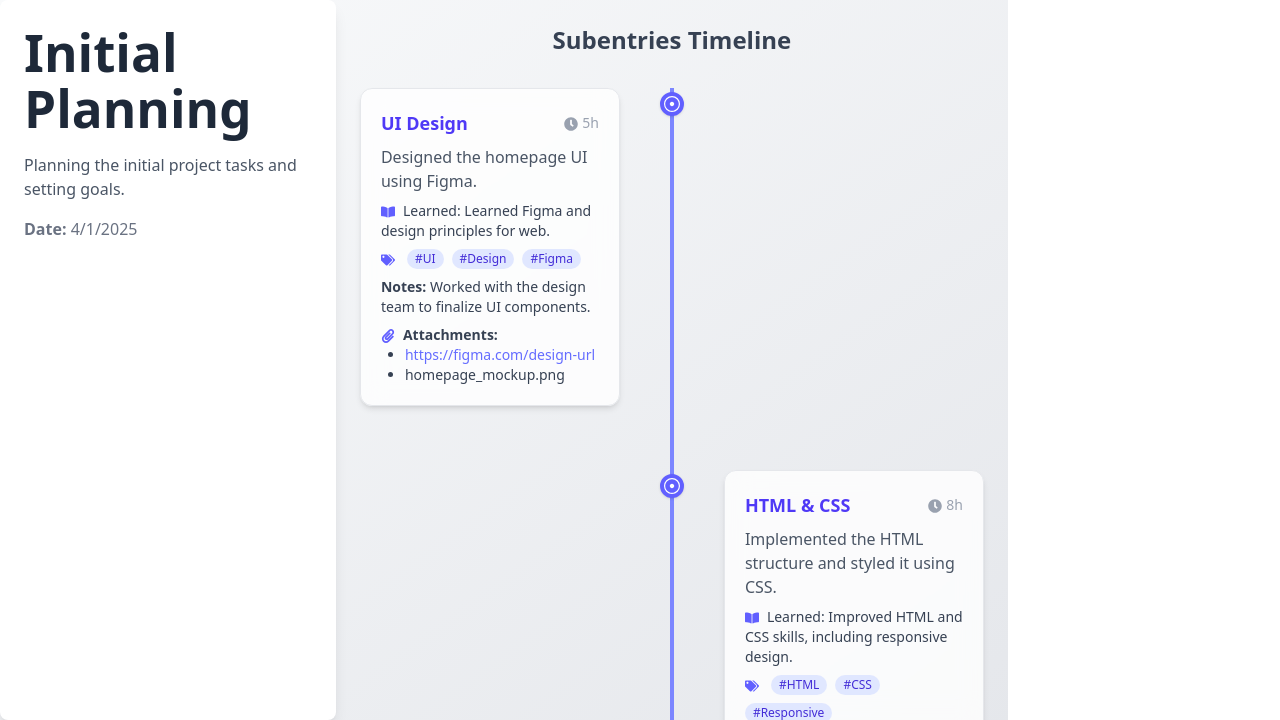
Repository: mohitagrawal0412/Workify
Page: /entryDetails (app in client/)
The author's editor kept a copy of each file at every save. The page is drawn from the files as they stood at one save, then again after the next save.
The browser window is 1280 px wide. The pictures show the whole page.
An inner scrolling area shows only its first screen. The project was rebuilt for these pictures with package versions that can differ from the ones it lists, and the page was loaded fresh each time. Also part of the build but not shown: client/vite.config.js, client/src/Components/Dashboard/Dashboard.jsx, client/src/Components/Dashboard/AllProjects.jsx, client/src/Components/Dashboard/ProjectDetails.jsx, client/src/Components/Dashboard/SubEntryDetails.jsx.

Above is the page before, as saved 2025-04-15 10:42:27.

### client/src/App.jsx
import './App.css';
import { BrowserRouter as Router, Routes, Route } from 'react-router-dom';
import Dashboard from './Components/Dashboard/Dashboard';
import AllProjects from './Components/Dashboard/AllProjects'; // adjust path as needed
import ProjectDetails from './Components/Dashboard/ProjectDetails'; // Add this import for the project details page
import EntryDetails from './Components/Dashboard/EntryDetails'; // Add this import for the entry details page
import SubEntryDetails from './Components/Dashboard/SubEntryDetails';

function App() {
  return (
    <Router>
      <Routes>
        {/* Route for Dashboard */}
        <Route path="/" element={<Dashboard />} />

        {/* Route for All Projects */}
        <Route path="/projects" element={<AllProjects />} />

        {/* Route for Project Details, assuming we are passing projectId */}
        <Route path="/projectDetails" element={<ProjectDetails />} />

        {/* Route for Entry Details, assuming we are passing entryId */}
        <Route path="/entryDetails" element={<EntryDetails />} />

        {/* Route for Entry Details, assuming we are passing entryId */}
        <Route path="/SubEntryDetails" element={<SubEntryDetails />} />
      </Routes>
    </Router>
  );
}

export default App;

### client/src/Components/Dashboard/EntryDetails.jsx
import React from "react";
import { useNavigate } from "react-router-dom";
import {
    FaDotCircle,
    FaClock,
    FaPaperclip,
    FaTags,
    FaBookOpen
} from "react-icons/fa";

const EntryDetails = () => {
    const navigate = useNavigate();

    const handleEntryClick = (subentry) => {
        navigate("/subEntryDetails", { state: { subentry } });
    };

    const entry = {
        title: "Initial Planning",
        description: "Planning the initial project tasks and setting goals.",
        date: "2025-04-01",
        subentries: [
            {
                workTitle: "UI Design",
                description: "Designed the homepage UI using Figma.",
                whatLearned: "Learned Figma and design principles for web.",
                tags: ["UI", "Design", "Figma"],
                notes: "Worked with the design team to finalize UI components.",
                attachments: ["https://figma.com/design-url", "homepage_mockup.png"],
                spentTime: 5,
            },
            {
                workTitle: "HTML & CSS",
                description: "Implemented the HTML structure and styled it using CSS.",
                whatLearned:
                    "Improved HTML and CSS skills, including responsive design.",
                tags: ["HTML", "CSS", "Responsive"],
                notes: "Ensured compatibility across different browsers.",
                attachments: ["html_code_snippet.txt", "css_code_snippet.css"],
                spentTime: 8,
            },
        ],
    };

    return (
        <div className="h-screen flex overflow-hidden bg-gradient-to-br from-gray-50 to-gray-200">
            {/* Left Panel */}
            <div className="w-1/3 p-6 bg-white shadow-lg rounded-lg sticky top-0 h-screen overflow-y-auto">
                <h1 className="text-3xl font-bold text-gray-800 mb-4">{entry.title}</h1>
                <p className="text-gray-600 mb-4">{entry.description}</p>
                <p className="text-gray-500">
                    <strong>Date:</strong> {new Date(entry.date).toLocaleDateString()}
                </p>
            </div>

            {/* Right Panel */}
            <div className="w-2/3 p-6 overflow-y-auto h-screen">
                <h2 className="text-2xl font-semibold text-gray-700 mb-8 text-center">
                    Subentries Timeline
                </h2>

                <div className="relative">
                    {/* Vertical line */}
                    <div className="absolute left-1/2 transform -translate-x-1/2 h-full border-l-4 border-indigo-400"></div>

                    <div className="space-y-16">
                        {entry.subentries.map((sub, index) => {
                            const isLeft = index % 2 === 0;
                            return (
                                <div
                                    key={index}
                                    className={`relative flex ${isLeft ? "justify-start" : "justify-end"} w-full`}
                                    onClick={() => handleEntryClick(sub)}
                                >
                                    {/* Timeline Dot */}
                                    <div className="absolute top-1 left-1/2 transform -translate-x-1/2 z-10">
                                        <div className="w-6 h-6 bg-white border-4 border-indigo-500 rounded-full flex items-center justify-center shadow">
                                            <FaDotCircle className="text-indigo-500 text-sm" />
                                        </div>
                                    </div>

                                    {/* Card */}
                                    <div
                                        className={`w-5/12 p-5 bg-white/80 backdrop-blur-md border border-gray-200 rounded-xl shadow-md hover:shadow-xl transition-all duration-300 cursor-pointer ${isLeft ? "mr-auto" : "ml-auto"
                                            }`}
                                    >
                                        <div className="flex justify-between items-center mb-2">
                                            <h3 className="text-lg font-semibold text-indigo-600">
                                                {sub.workTitle}
                                            </h3>
                                            <span className="text-sm text-gray-400">
                                                <FaClock className="inline mr-1" />
                                                {sub.spentTime}h
                                            </span>
                                        </div>

                                        <p className="text-gray-600 mb-2">{sub.description}</p>

                                        {sub.whatLearned && (
                                            <div className="text-sm text-gray-700 mb-2">
                                                <FaBookOpen className="inline mr-2 text-indigo-500" />
                                                <span className="font-medium">Learned:</span>{" "}
                                                {sub.whatLearned}
                                            </div>
                                        )}

                                        {sub.tags?.length > 0 && (
                                            <div className="text-sm text-gray-700 mb-2 flex flex-wrap gap-2">
                                                <FaTags className="text-indigo-500 mt-1 mr-1" />
                                                {sub.tags.map((tag, i) => (
                                                    <span
                                                        key={i}
                                                        className="bg-indigo-100 text-indigo-700 px-2 py-0.5 rounded-full text-xs"
                                                    >
                                                        #{tag}
                                                    </span>
                                                ))}
                                            </div>
                                        )}

                                        {sub.notes && (
                                            <div className="text-sm text-gray-700 mb-2">
                                                <strong>Notes:</strong> {sub.notes}
                                            </div>
                                        )}

                                        {sub.attachments?.length > 0 && (
                                            <div className="text-sm text-gray-700">
                                                <FaPaperclip className="inline mr-2 text-indigo-500" />
                                                <strong>Attachments:</strong>
                                                <ul className="ml-6 list-disc">
                                                    {sub.attachments.map((att, i) => (
                                                        <li key={i}>
                                                            {att.startsWith("http") ? (
                                                                <a
                                                                    href={att}
                                                                    target="_blank"
                                                                    rel="noopener noreferrer"
                                                                    className="text-blue-600 underline"
                                                                >
                                                                    {att}
                                                                </a>
                                                            ) : (
                                                                <span>{att}</span>
                                                            )}
                                                        </li>
                                                    ))}
                                                </ul>
                                            </div>
                                        )}
                                    </div>
                                </div>
                            );
                        })}
                    </div>
                </div>
            </div>
        </div>
    );
};

export default EntryDetails;

Loaded but not shown: client/index.html (common file); client/src/main.jsx (common file); client/src/index.css (common file); client/src/App.css (common file)

After the next save:
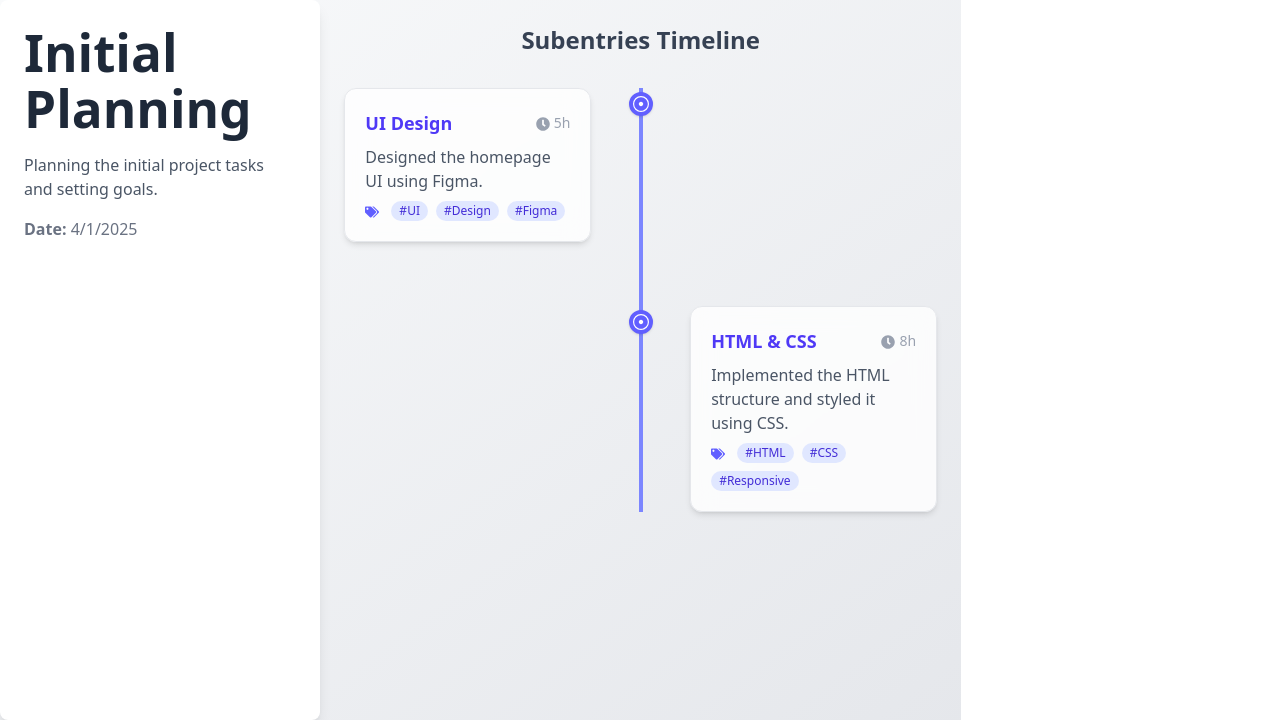
Saved 116 s later.
--- a/client/src/Components/Dashboard/EntryDetails.jsx
+++ b/client/src/Components/Dashboard/EntryDetails.jsx
@@ -3,9 +3,7 @@ import { useNavigate } from "react-router-dom";
 import {
     FaDotCircle,
     FaClock,
-    FaPaperclip,
-    FaTags,
-    FaBookOpen
+    FaTags
 } from "react-icons/fa";
 
 const EntryDetails = () => {
@@ -32,8 +30,7 @@ const EntryDetails = () => {
             {
                 workTitle: "HTML & CSS",
                 description: "Implemented the HTML structure and styled it using CSS.",
-                whatLearned:
-                    "Improved HTML and CSS skills, including responsive design.",
+                whatLearned: "Improved HTML and CSS skills, including responsive design.",
                 tags: ["HTML", "CSS", "Responsive"],
                 notes: "Ensured compatibility across different browsers.",
                 attachments: ["html_code_snippet.txt", "css_code_snippet.css"],
@@ -96,16 +93,8 @@ const EntryDetails = () => {
 
                                         <p className="text-gray-600 mb-2">{sub.description}</p>
 
-                                        {sub.whatLearned && (
-                                            <div className="text-sm text-gray-700 mb-2">
-                                                <FaBookOpen className="inline mr-2 text-indigo-500" />
-                                                <span className="font-medium">Learned:</span>{" "}
-                                                {sub.whatLearned}
-                                            </div>
-                                        )}
-
                                         {sub.tags?.length > 0 && (
-                                            <div className="text-sm text-gray-700 mb-2 flex flex-wrap gap-2">
+                                            <div className="text-sm text-gray-700 flex flex-wrap gap-2">
                                                 <FaTags className="text-indigo-500 mt-1 mr-1" />
                                                 {sub.tags.map((tag, i) => (
                                                     <span
@@ -115,37 +104,6 @@ const EntryDetails = () => {
                                                         #{tag}
                                                     </span>
                                                 ))}
-                                            </div>
-                                        )}
-
-                                        {sub.notes && (
-                                            <div className="text-sm text-gray-700 mb-2">
-                                                <strong>Notes:</strong> {sub.notes}
-                                            </div>
-                                        )}
-
-                                        {sub.attachments?.length > 0 && (
-                                            <div className="text-sm text-gray-700">
-                                                <FaPaperclip className="inline mr-2 text-indigo-500" />
-                                                <strong>Attachments:</strong>
-                                                <ul className="ml-6 list-disc">
-                                                    {sub.attachments.map((att, i) => (
-                                                        <li key={i}>
-                                                            {att.startsWith("http") ? (
-                                                                <a
-                                                                    href={att}
-                                                                    target="_blank"
-                                                                    rel="noopener noreferrer"
-                                                                    className="text-blue-600 underline"
-                                                                >
-                                                                    {att}
-                                                                </a>
-                                                            ) : (
-                                                                <span>{att}</span>
-                                                            )}
-                                                        </li>
-                                                    ))}
-                                                </ul>
                                             </div>
                                         )}
                                     </div>
